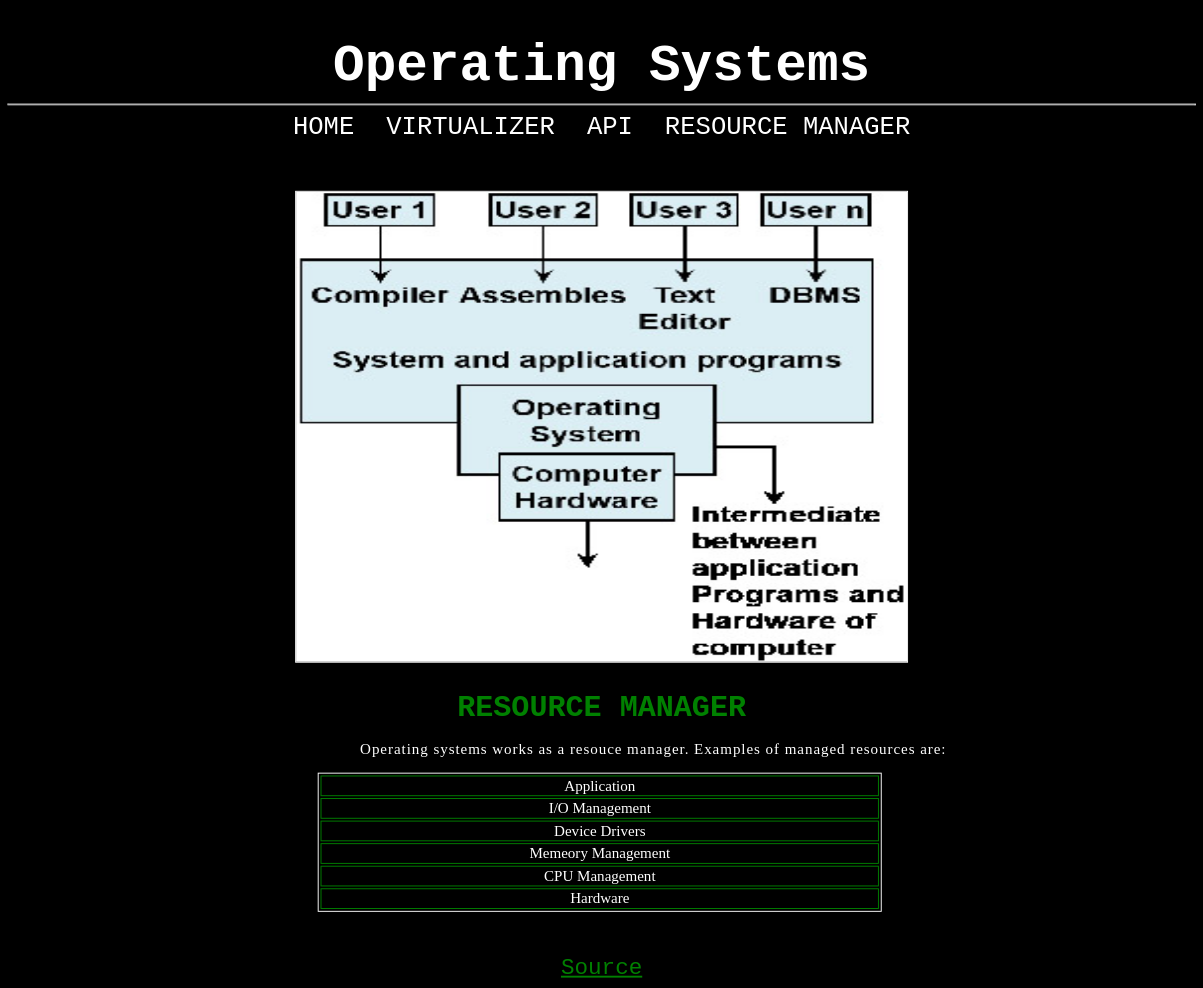
Repository: ctm93/website2
Page: http://localhost/page4.php
The author's editor kept a record of every edit. The page is drawn from the files as they stood at one moment, then again after the next edit.
The browser window is 1280 px wide. The pictures show the whole page, at 94% of full size.
Some web fonts or font styles are not loaded; a fallback is used. The page is run by PHP 8.4 with error messages shown; the project is at /var/www/html/.

Above is the page before.

### page4.php

<!DOCTYPE html>
<html>
    <head>
        <meta charset="utf-8">
        <title>Operating Systems</title>
        <link  href="css/style.css" rel="stylesheet">
        <link href="https://fonts.googleapis.com/css?family=Pacific" rel="stylesheet">
    </head>
    <body>
        <header>
           <h1> Operating Systems </h1>
        </header><hr />
        <nav>
            <a href="page1.html">HOME</a>
            <a href="page2.html">VIRTUALIZER</a>
            <a href="page3.html">API</a>
            <a href="page4.html">RESOURCE MANAGER</a>
        </nav>
         <br /><br />



         <main>
            <div>


            <figure>
                <img id="page1pic" src="img/rs.jpg" alt="Picture of resource" width="100" height="500">
            </figure>


                <h2>RESOURCE MANAGER</h2>

                <p class ="p2">Operating systems works as a resouce manager. Examples of managed resources are:</p>

            <p class ="p3">
                <table>
                      <tr><td>Application</td></tr>
                      <tr><td>I/O Management</td></tr>
                      <tr><td>Device Drivers</td></tr>
                      <tr><td>Memeory Management</td></tr>
                      <tr><td>CPU Management</td></tr>
                      <tr><td>Hardware</td></tr>
                </table>
                </p>





            </div>
        </main>




        <footer>

            <a href="http://cdn.wagmob.com/subject/G126/html/operating00system00overview_1.html">Source</a>

        </footer>
    </body>

     </html>

### css/style.css

    body {
        background-color: black;
        color: white;
        text-align: left;
    }

    header, main, nav, footer {
        text-align: center;
    }

    nav a {
        padding:15px;
        padding-bottom:4px;
        font-size: 1.7em;
        color: white;
        text-decoration: none;
    }

    nav a:hover {  /*pseudo class*/

         color: green;
         transition: .9s;
    }

    main {
        display: flex;
        justify-content: center;
    }

    div {
          text-align: center;
        }

    p {
      text-indent: 50px;
      text-align: center;
      letter-spacing: 1px;
    }

    .p1 {
      text-indent: 110px;
      text-align: center;
      letter-spacing: 1px;
    }

        .p2 {
      text-indent: 110px;
      text-align: center;
      letter-spacing: 1px;
    }


    ul {
        width:500px;
        margin: 0 auto;
        text-align: left;
        }

    .hobby {
        color: green;
        }

    h1{
        font-family: "Courier New", Courier, monospace;
        font-size: 3.5em;
        margin-bottom: 0px;
        }

    h2{
        font-family: "Courier New", Courier, monospace;
        font-size: 2em;
        margin-bottom: 0px;
        color: green;
        }

    h3{
        font-family: "Courier New", Courier, monospace;
        font-size: 1.5em;
        margin-bottom: 45px;
    }

    table {
          table-layout: fixed;
          width: 600px;
          border: 1px solid white;
          margin-left: 65px;

        }

    td {
          border: 1px solid green;
          overflow: hidden;
          white-space: nowrap;
          text-overflow: ellipsis;
        }

    img {
           width:650px;
           border:1px solid white;
        }

    a{
        padding:15px;
        padding-bottom:4px;
        font-size: 1.5em;
        color: green;
        font-family: "Courier New", Courier, monospace;
        text-decoration: underline;
    }

    a:hover {  /*pseudo class*/

         color: white;
         transition: .9s;
    }

    footer{
        margin-top: 30px;
        text-align: center;
    }

      .p3 {
      text-indent: 0px;
      text-align: center;
      letter-spacing: 1px;
    }

After the next edit:
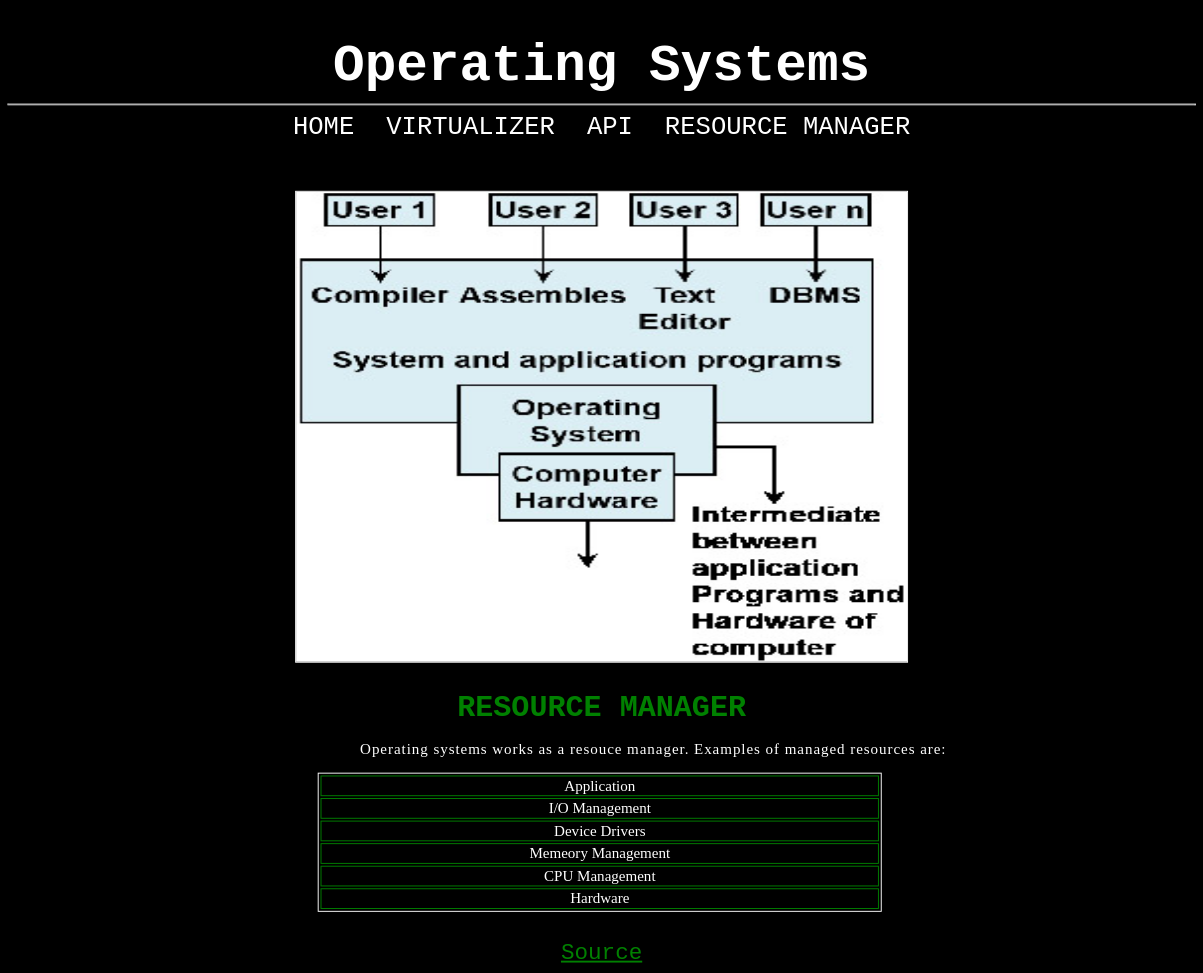
The edit:
--- a/page4.php
+++ b/page4.php
@@ -43,7 +43,7 @@
                       <tr><td>CPU Management</td></tr>
                       <tr><td>Hardware</td></tr>
                 </table>
-                </p>
+
 
 
 
